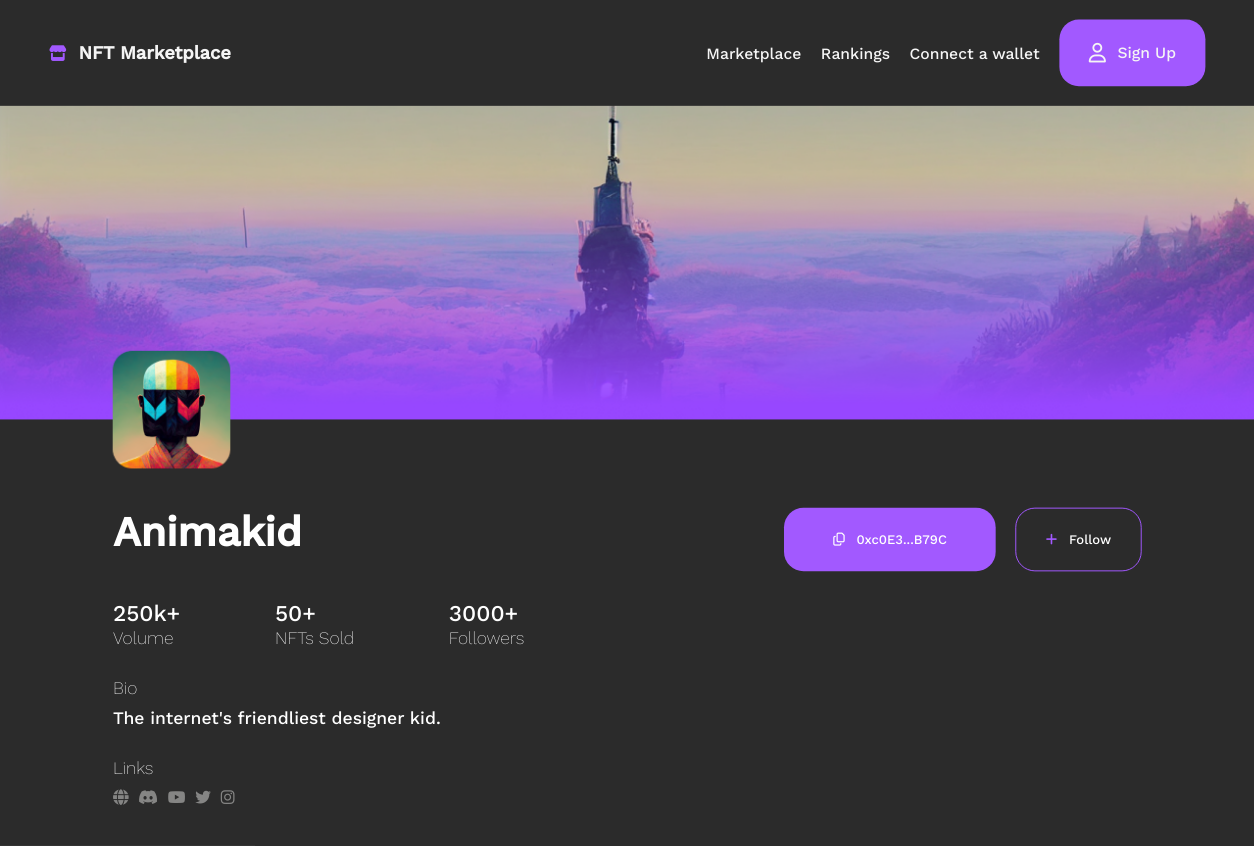
Repository: levananh202ht/NFT_Marketplace
Page: index.html
These files come from the project's save history. The page is drawn as it stood at one moment and after the next save; the edit follows.
The browser window is 1280 px wide. The pictures show the whole page, at 98% of full size.

Above is the page before, as saved 2023-12-10 00:20:42.

After the next save:
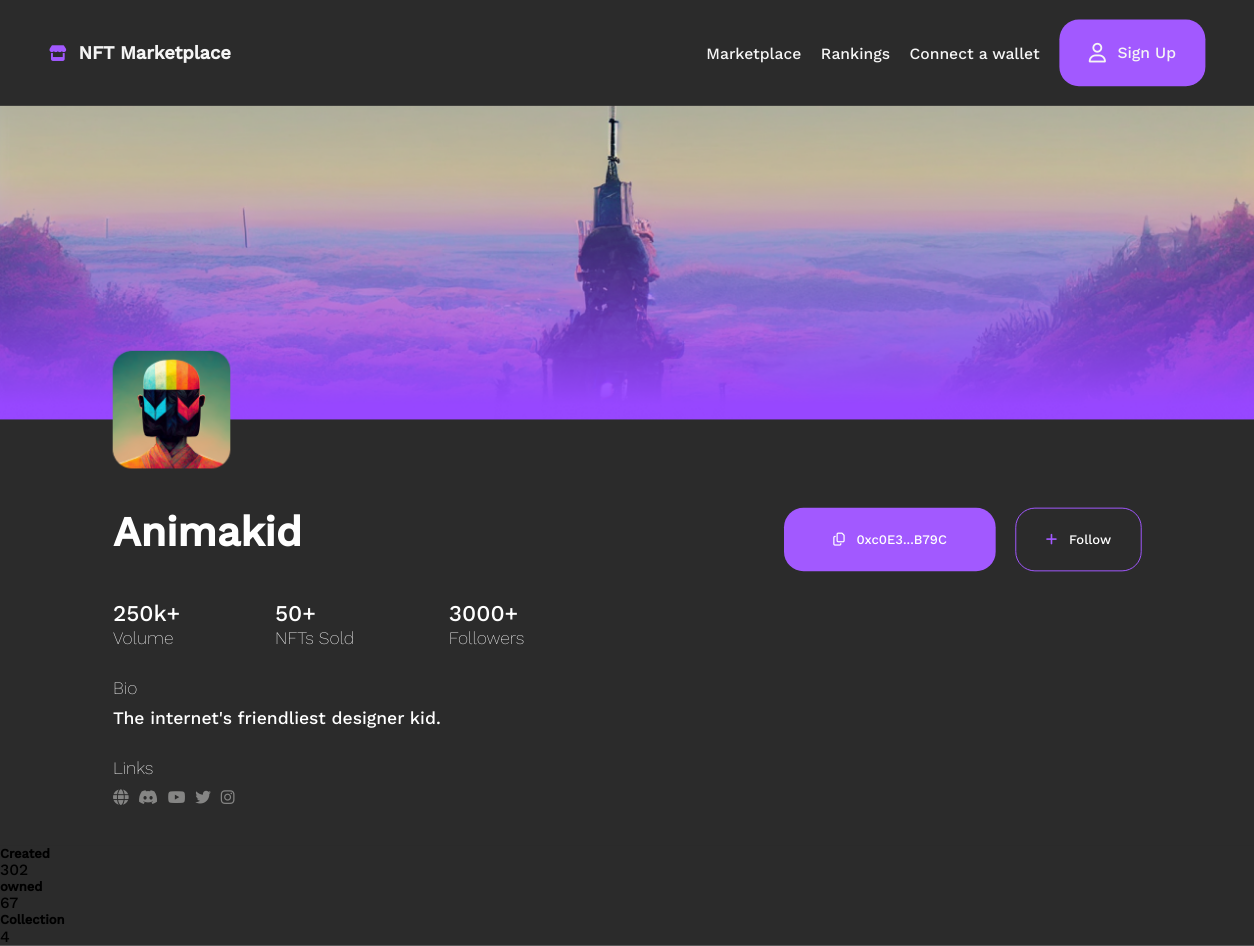
Saved 11 min 46 s later.
--- a/index.html
+++ b/index.html
@@ -120,8 +120,23 @@
             </div>
 
         </div>
+        <!-- tab -->
+        <div class="nft_tab">
 
-        <div class="nft_tab"></div>
+            <div class="nft_tab-1">
+                <h5>Created</h5>
+                <p>302</p>
+            </div>
+            <div class="nft_tab-2">
+                <h5>owned</h5>
+                <p>67</p>
+            </div>
+            <div class="nft_tab-3">
+                <h5>Collection</h5>
+                <p>4</p>
+            </div>
+
+        </div>
 
         <div class="nft_cardSection"></div>
 
